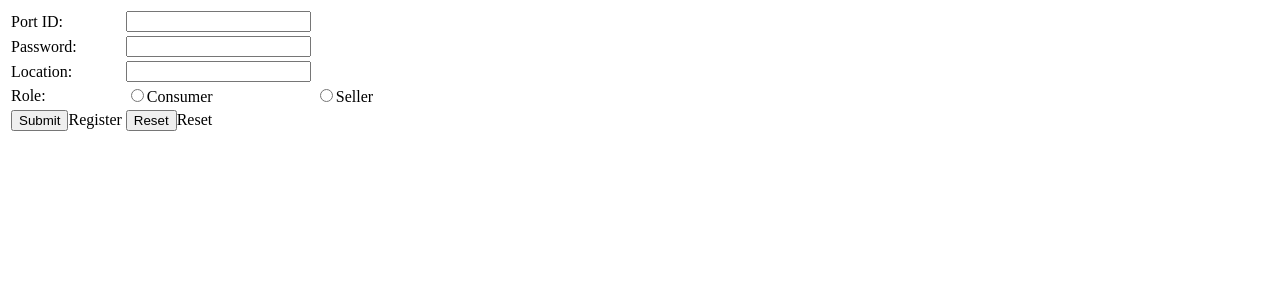
Repository: STRO09/ERP_sdac
Page: http://localhost/ERPsdac_constraints/Register.jsp
The author's editor kept a copy of each file at every save. The page is drawn from the files as they stood at one save, then again after the next save.
The browser window is 1280 px wide. The pictures show the whole page.
The page is served by Tomcat 9.

Above is the page before, as saved 2024-10-21 11:07:44.

After the next save:
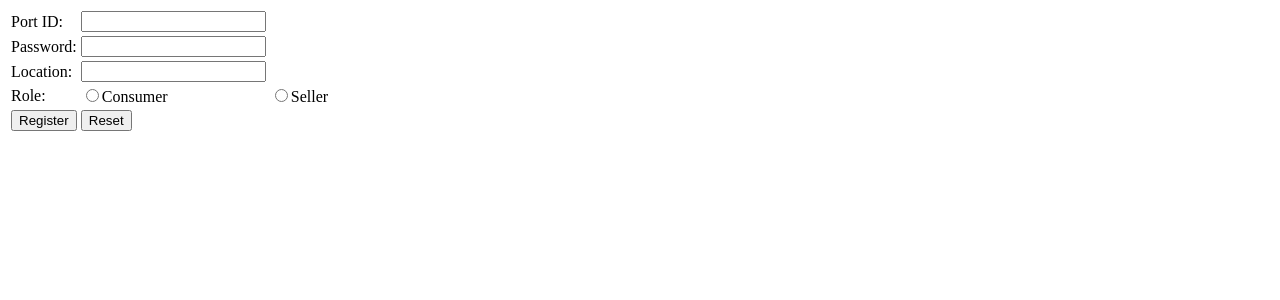
Saved 4 min 29 s later.
--- a/ERPsdac_constraints/src/main/webapp/Register.jsp
+++ b/ERPsdac_constraints/src/main/webapp/Register.jsp
@@ -20,8 +20,8 @@
 
 </tr>
 <tr>
-	<td><input type="submit">Register</td>
-	<td><input type="reset">Reset</td>
+	<td><input type="submit" value = "Register"></td>
+	<td><input type="reset" value ="Reset"></td>
 </tr>
 </table>
 	</form>
